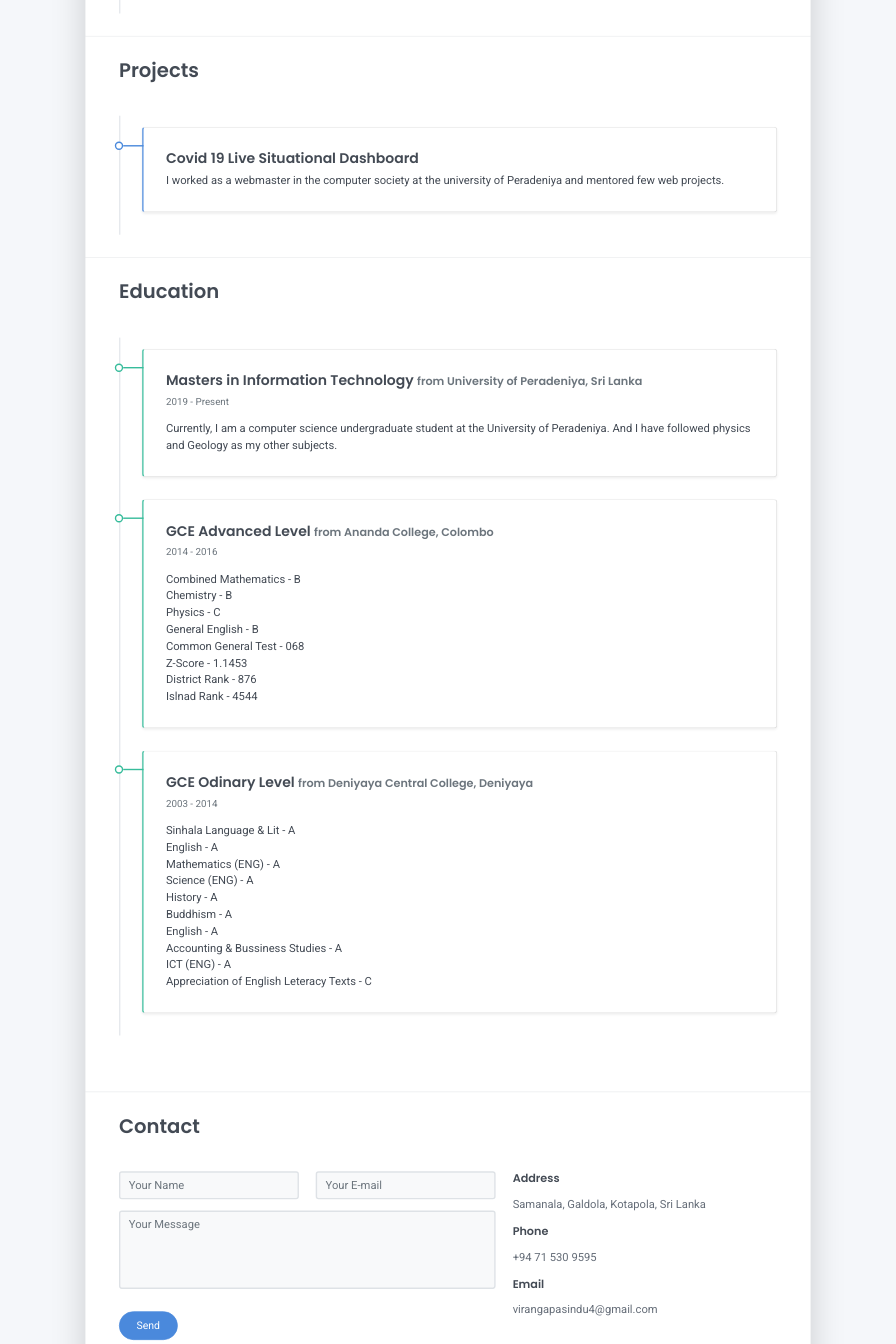
Repository: virangaj/resume
Page: index.html
The author's editor kept a copy of each file at every save. The page is drawn from the files as they stood at one save, then again after the next save.
The browser window is 1280 px wide. The pictures show the part of the page from y = 1936 to 3856 px (the page is 4209 px tall before and 4257 px after), at 70% of full size.

Above is the page before, as saved 2021-08-31 19:57:25.

### index.html
<!DOCTYPE html>
<html lang="en-US">
	<head>
		<meta charset="UTF-8" />
		<meta http-equiv="X-UA-Compatible" content="IE=edge" />
		<meta name="viewport" content="width=device-width, initial-scale=1" />
		<title>Virang Jayawardana</title>
		<link
			rel="preconnect"
			href="https://fonts.gstatic.com"
			crossorigin="crossorigin"
		/>
		<link
			rel="preload"
			as="style"
			href="https://fonts.googleapis.com/css2?family=Poppins:wght@600&amp;family=Roboto:wght@300;400;500;700&amp;display=swap"
		/>
		<link
			rel="stylesheet"
			href="https://fonts.googleapis.com/css2?family=Poppins:wght@600&amp;family=Roboto:wght@300;400;500;700&amp;display=swap"
			media="print"
			onload="this.media='all'"
		/>
		<noscript>
			<link
				rel="stylesheet"
				href="https://fonts.googleapis.com/css2?family=Poppins:wght@600&amp;family=Roboto:wght@300;400;500;700&amp;display=swap"
			/>
		</noscript>
		<link href="css/font-awesome/css/all.min.css?ver=1.2.0" rel="stylesheet" />
		<link href="css/bootstrap.min.css?ver=1.2.0" rel="stylesheet" />
		<link href="css/aos.css?ver=1.2.0" rel="stylesheet" />
		<link href="css/main.css?ver=1.2.0" rel="stylesheet" />
		<noscript>
			<style type="text/css">
				[data-aos] {
					opacity: 1 !important;
					transform: translate(0) scale(1) !important;
				}
			</style>
		</noscript>
	</head>
	<body id="top">
		<header class="d-print-none">
			<div class="container text-center text-lg-left">
				<div class="py-3 clearfix">
					<h1 class="site-title mb-0">Virang Jayawardana</h1>
					<div class="site-nav">
						<nav role="navigation">
							<ul class="nav justify-content-center">
								<li class="nav-item">
									<a
										class="nav-link"
										href="https://twitter.com/VirangaPasi"
										title="Twitter"
										><i class="fab fa-twitter"></i
										><span class="menu-title sr-only">Twitter</span></a
									>
								</li>
								<li class="nav-item">
									<a
										class="nav-link"
										href="https://www.facebook.com/virangapasindu.jayawardana/"
										title="Facebook"
										><i class="fab fa-facebook"></i
										><span class="menu-title sr-only">Facebook</span></a
									>
								</li>
								<li class="nav-item">
									<a
										class="nav-link"
										href="https://www.instagram.com/pasiya_k9/"
										title="Instagram"
										><i class="fab fa-instagram"></i
										><span class="menu-title sr-only">Instagram</span></a
									>
								</li>
								<li class="nav-item">
									<a
										class="nav-link"
										href="https://github.com/Viranga-pasi"
										title="Github"
										><i class="fab fa-github"></i
										><span class="menu-title sr-only">Github</span></a
									>
								</li>
							</ul>
						</nav>
					</div>
				</div>
			</div>
		</header>
		<div class="page-content">
			<div class="container">
				<div class="cover shadow-lg bg-white">
					<div class="cover-bg p-3 p-lg-4 text-white">
						<div class="row">
							<div class="col-lg-4 col-md-5">
								<div class="avatar hover-effect bg-white shadow-sm p-1">
									<img src="images/avatar.jpg" width="200" height="200" />
								</div>
							</div>
							<div class="col-lg-8 col-md-7 text-center text-md-start">
								<h2 class="h1 mt-2" data-aos="fade-left" data-aos-delay="0">
									Joyce Harrison
								</h2>
								<p data-aos="fade-left" data-aos-delay="100">
									Undergraduate | Web Developer
								</p>
								<div
									class="d-print-none"
									data-aos="fade-left"
									data-aos-delay="200"
								>
									<a
										class="btn btn-light text-dark shadow-sm mt-1 me-1"
										href="right-resume.pdf"
										target="_blank"
										>Download CV</a
									><a class="btn btn-success shadow-sm mt-1" href="#contact"
										>Hire Me</a
									>
								</div>
							</div>
						</div>
					</div>
					<div class="about-section pt-4 px-3 px-lg-4 mt-1">
						<div class="row">
							<div class="col-md-6">
								<h2 class="h3 mb-3">About Me</h2>
								<p>
									Hello! I’m Viranga Jayawardana. I am passionate about new
									technologies and Web Design. I am a skilled Front-end
									Developer and amazing video editor.
								</p>
							</div>
							<div class="col-md-5 offset-md-1">
								<div class="row mt-2">
									<div class="col-sm-4">
										<div class="pb-1">Age</div>
									</div>
									<div class="col-sm-8">
										<div class="pb-1 text-secondary">24</div>
									</div>
									<div class="col-sm-4">
										<div class="pb-1">Email</div>
									</div>
									<div class="col-sm-8">
										<div class="pb-1 text-secondary">
											virangapasindu4@gmail.com
										</div>
									</div>
									<div class="col-sm-4">
										<div class="pb-1">Phone</div>
									</div>
									<div class="col-sm-8">
										<div class="pb-1 text-secondary">+94 71 530 9595</div>
									</div>
									<div class="col-sm-4">
										<div class="pb-1">Address</div>
									</div>
									<div class="col-sm-8">
										<div class="pb-1 text-secondary">
											Samanala, Galdola, Kotapola, Sri Lanka
										</div>
									</div>
								</div>
							</div>
						</div>
					</div>
					<hr class="d-print-none" />
					<div class="skills-section px-3 px-lg-4">
						<h2 class="h3 mb-3">Professional Skills</h2>
						<div class="row">
							<div class="col-md-6">
								<div class="mb-2">
									<span>HTML</span>
									<div class="progress my-1">
										<div
											class="progress-bar bg-primary"
											role="progressbar"
											data-aos="zoom-in-right"
											data-aos-delay="100"
											data-aos-anchor=".skills-section"
											style="width: 90%"
											aria-valuenow="90"
											aria-valuemin="0"
											aria-valuemax="100"
										></div>
									</div>
								</div>
								<div class="mb-2">
									<span>CSS</span>
									<div class="progress my-1">
										<div
											class="progress-bar bg-primary"
											role="progressbar"
											data-aos="zoom-in-right"
											data-aos-delay="200"
											data-aos-anchor=".skills-section"
											style="width: 85%"
											aria-valuenow="85"
											aria-valuemin="0"
											aria-valuemax="100"
										></div>
									</div>
								</div>
								<div class="mb-2">
									<span>JavaScript</span>
									<div class="progress my-1">
										<div
											class="progress-bar bg-primary"
											role="progressbar"
											data-aos="zoom-in-right"
											data-aos-delay="300"
											data-aos-anchor=".skills-section"
											style="width: 80%"
											aria-valuenow="80"
											aria-valuemin="0"
											aria-valuemax="100"
										></div>
									</div>
								</div>
								<div class="mb-2">
									<span>ReactJs</span>
									<div class="progress my-1">
										<div
											class="progress-bar bg-primary"
											role="progressbar"
											data-aos="zoom-in-right"
											data-aos-delay="300"
											data-aos-anchor=".skills-section"
											style="width: 75%"
											aria-valuenow="75"
											aria-valuemin="0"
											aria-valuemax="100"
										></div>
									</div>
								</div>
								<div class="mb-2">
									<span>Java</span>
									<div class="progress my-1">
										<div
											class="progress-bar bg-primary"
											role="progressbar"
											data-aos="zoom-in-right"
											data-aos-delay="300"
											data-aos-anchor=".skills-section"
											style="width: 70%"
											aria-valuenow="70"
											aria-valuemin="0"
											aria-valuemax="100"
										></div>
									</div>
								</div>
								<div class="mb-2">
									<span>C language</span>
									<div class="progress my-1">
										<div
											class="progress-bar bg-primary"
											role="progressbar"
											data-aos="zoom-in-right"
											data-aos-delay="300"
											data-aos-anchor=".skills-section"
											style="width: 70%"
											aria-valuenow="70"
											aria-valuemin="0"
											aria-valuemax="100"
										></div>
									</div>
								</div>
								<div class="mb-2">
									<span>Wordpress</span>
									<div class="progress my-1">
										<div
											class="progress-bar bg-primary"
											role="progressbar"
											data-aos="zoom-in-right"
											data-aos-delay="300"
											data-aos-anchor=".skills-section"
											style="width: 85%"
											aria-valuenow="85"
											aria-valuemin="0"
											aria-valuemax="100"
										></div>
									</div>
								</div>
							</div>
							<div class="col-md-6">
								<div class="mb-2">
									<span>Adobe Photoshop</span>
									<div class="progress my-1">
										<div
											class="progress-bar bg-success"
											role="progressbar"
											data-aos="zoom-in-right"
											data-aos-delay="400"
											data-aos-anchor=".skills-section"
											style="width: 80%"
											aria-valuenow="90"
											aria-valuemin="0"
											aria-valuemax="100"
										></div>
									</div>
								</div>
								<div class="mb-2">
									<span>Abode Premiere Pro</span>
									<div class="progress my-1">
										<div
											class="progress-bar bg-success"
											role="progressbar"
											data-aos="zoom-in-right"
											data-aos-delay="500"
											data-aos-anchor=".skills-section"
											style="width: 85%"
											aria-valuenow="85"
											aria-valuemin="0"
											aria-valuemax="100"
										></div>
									</div>
								</div>
								<div class="mb-2">
									<span>Adobe After Effect</span>
									<div class="progress my-1">
										<div
											class="progress-bar bg-success"
											role="progressbar"
											data-aos="zoom-in-right"
											data-aos-delay="600"
											data-aos-anchor=".skills-section"
											style="width: 75%"
											aria-valuenow="75"
											aria-valuemin="0"
											aria-valuemax="100"
										></div>
									</div>
								</div>
								<div class="mb-2">
									<span>Adobe XD</span>
									<div class="progress my-1">
										<div
											class="progress-bar bg-success"
											role="progressbar"
											data-aos="zoom-in-right"
											data-aos-delay="600"
											data-aos-anchor=".skills-section"
											style="width: 75%"
											aria-valuenow="75"
											aria-valuemin="0"
											aria-valuemax="100"
										></div>
									</div>
								</div>
								<div class="mb-2">
									<span>Microsoft Office</span>
									<div class="progress my-1">
										<div
											class="progress-bar bg-success"
											role="progressbar"
											data-aos="zoom-in-right"
											data-aos-delay="600"
											data-aos-anchor=".skills-section"
											style="width: 85%"
											aria-valuenow="85"
											aria-valuemin="0"
											aria-valuemax="100"
										></div>
									</div>
								</div>
							</div>
						</div>
					</div>
					<hr class="d-print-none" />
					<div class="work-experience-section px-3 px-lg-4">
						<h2 class="h3 mb-4">Work Experience</h2>
						<div class="timeline">
							<div class="timeline-card timeline-card-primary card shadow-sm">
								<div class="card-body">
									<div class="h5 mb-1">
										Web Master
										<span class="text-muted h6">at Computer Society</span>
									</div>
									<div class="text-muted text-small mb-2">
										Dec, 2020 - Present
									</div>
									<div>
										I worked as a webmaster in the computer society at the
										university of Peradeniya and mentored few web projects.
									</div>
								</div>
							</div>
							<div class="timeline-card timeline-card-primary card shadow-sm">
								<div class="card-body">
									<div class="h5 mb-1">
										Founder
										<span class="text-muted h6">at ImageZero</span>
									</div>
									<div class="text-muted text-small mb-2">
										Feb, 2019 - Present
									</div>
									<div>
										I’m the owner and founder of ImgageZero, which I used to
										output my talents since few years back. Quite good and
										amazing video editor in the range of different areas. And
										have 2-3 years of experience of working with massive to
										local industries.
									</div>
								</div>
							</div>
							<div class="timeline-card timeline-card-primary card shadow-sm">
								<div class="card-body">
									<div class="h5 mb-1">
										Customer Care Executive
										<span class="text-muted h6">at Mobitel Pvt Ltd</span>
									</div>
									<div class="text-muted text-small mb-2">
										Feb, 2018 - Oct, 2017
									</div>
									<div>
										I worked as a customer care agent at one of the leading
										network service provider in Sri Lanka.
									</div>
								</div>
							</div>
						</div>
					</div>
					<hr class="d-print-none" />
					<div class="work-experience-section px-3 px-lg-4">
						<h2 class="h3 mb-4">Projects</h2>
						<div class="timeline">
							<div class="timeline-card timeline-card-primary card shadow-sm">
								<div class="card-body">
									<div class="h5 mb-1">Covid 19 Live Situational Dashboard</div>

									<div>
										I worked as a webmaster in the computer society at the
										university of Peradeniya and mentored few web projects.
									</div>
								</div>
							</div>
						</div>
					</div>
					<hr class="d-print-none" />
					<div class="page-break"></div>
					<div class="education-section px-3 px-lg-4 pb-4">
						<h2 class="h3 mb-4">Education</h2>
						<div class="timeline">
							<div class="timeline-card timeline-card-success card shadow-sm">
								<div class="card-body">
									<div class="h5 mb-1">
										Masters in Information Technology
										<span class="text-muted h6"
											>from University of Peradeniya, Sri Lanka</span
										>
									</div>
									<div class="text-muted text-small mb-2">2019 - Present</div>
									<div>
										Currently, I am a computer science undergraduate student at
										the University of Peradeniya. And I have followed physics
										and Geology as my other subjects.
									</div>
								</div>
							</div>
							<div class="timeline-card timeline-card-success card shadow-sm">
								<div class="card-body">
									<div class="h5 mb-1">
										GCE Advanced Level
										<span class="text-muted h6"
											>from Ananda College, Colombo</span
										>
									</div>
									<div class="text-muted text-small mb-2">2014 - 2016</div>
									<div>Combined Mathematics - B</div>
									<div>Chemistry - B</div>
									<div>Physics - C</div>
									<div>General English - B</div>
									<div>Common General Test - 068</div>
									<div>Z-Score - 1.1453</div>
									<div>District Rank - 876</div>
									<div>Islnad Rank - 4544</div>
								</div>
							</div>
							<div class="timeline-card timeline-card-success card shadow-sm">
								<div class="card-body">
									<div class="h5 mb-1">
										GCE Odinary Level
										<span class="text-muted h6"
											>from Deniyaya Central College, Deniyaya</span
										>
									</div>
									<div class="text-muted text-small mb-2">2003 - 2014</div>
									<div>Sinhala Language & Lit - A</div>
									<div>English - A</div>
									<div>Mathematics (ENG) - A</div>
									<div>Science (ENG) - A</div>
									<div>History - A</div>
									<div>Buddhism - A</div>
									<div>English - A</div>
									<div>Accounting & Bussiness Studies - A</div>
									<div>ICT (ENG) - A</div>
									<div>Appreciation of English Leteracy Texts - C</div>
								</div>
							</div>
						</div>
					</div>
					<hr class="d-print-none" />
					<div class="contant-section px-3 px-lg-4 pb-4" id="contact">
						<h2 class="h3 text mb-3">Contact</h2>
						<div class="row">
							<div class="col-md-7 d-print-none">
								<div class="my-2">
									<form action="virangapasindu4@gmail.com" method="POST">
										<div class="row">
											<div class="col-6">
												<input
													class="form-control"
													type="text"
													id="name"
													name="name"
													placeholder="Your Name"
													required
												/>
											</div>
											<div class="col-6">
												<input
													class="form-control"
													type="email"
													id="email"
													name="_replyto"
													placeholder="Your E-mail"
													required
												/>
											</div>
										</div>
										<div class="form-group my-2">
											<textarea
												class="form-control"
												style="resize: none"
												id="message"
												name="message"
												rows="4"
												placeholder="Your Message"
												required
											></textarea>
										</div>
										<button class="btn btn-primary mt-2" type="submit">
											Send
										</button>
									</form>
								</div>
							</div>
							<div class="col">
								<div class="mt-2">
									<h3 class="h6">Address</h3>
									<div class="pb-2 text-secondary">
										Samanala, Galdola, Kotapola, Sri Lanka
									</div>
									<h3 class="h6">Phone</h3>
									<div class="pb-2 text-secondary">+94 71 530 9595</div>
									<h3 class="h6">Email</h3>
									<div class="pb-2 text-secondary">
										virangapasindu4@gmail.com
									</div>
								</div>
							</div>
						</div>
					</div>
				</div>
			</div>
		</div>
		<footer class="pt-4 pb-4 text-muted text-center d-print-none">
			<div class="container">
				<div class="my-3">
					<div class="h4">Viranga Jayawardana</div>
					<div class="footer-nav">
						<nav role="navigation">
							<ul class="nav justify-content-center">
								<li class="nav-item">
									<a
										class="nav-link"
										href="https://twitter.com/VirangaPasi"
										title="Twitter"
										><i class="fab fa-twitter"></i
										><span class="menu-title sr-only">Twitter</span></a
									>
								</li>
								<li class="nav-item">
									<a
										class="nav-link"
										href="https://www.facebook.com/virangapasindu.jayawardana/"
										title="Facebook"
										><i class="fab fa-facebook"></i
										><span class="menu-title sr-only">Facebook</span></a
									>
								</li>
								<li class="nav-item">
									<a
										class="nav-link"
										href="https://www.instagram.com/pasiya_k9/"
										title="Instagram"
										><i class="fab fa-instagram"></i
										><span class="menu-title sr-only">Instagram</span></a
									>
								</li>
								<li class="nav-item">
									<a
										class="nav-link"
										href="https://github.com/Viranga-pasi"
										title="Github"
										><i class="fab fa-github"></i
										><span class="menu-title sr-only">Github</span></a
									>
								</li>
							</ul>
						</nav>
					</div>
				</div>
				<div class="text-small">
					<div class="mb-1">
						&copy; Viranga Jayawardana. All rights reserved.
					</div>
					<div>
						Design -
						<a href="https://imagezero.net/" target="_blank">ImageZero</a>
					</div>
				</div>
			</div>
		</footer>
		<script src="scripts/bootstrap.bundle.min.js?ver=1.2.0"></script>
		<script src="scripts/aos.js?ver=1.2.0"></script>
		<script src="scripts/main.js?ver=1.2.0"></script>
	</body>
</html>

### css/main.css
/* Buttons */
/* Inputs */
/* Timeline custom component */
.timeline {
	border-left: 2px solid #e6e9ed;
	padding: 1rem 0;
}

.timeline-card {
	position: relative;
	margin-left: 31px;
	border-left: 2px solid;
	margin-bottom: 2rem;
}

.timeline-card:last-child {
	margin-bottom: 1rem;
}

.timeline-card:before {
	content: '';
	display: inline-block;
	position: absolute;
	background-color: #fff;
	border-radius: 10px;
	width: 12px;
	height: 12px;
	top: 20px;
	left: -41px;
	border: 2px solid;
	z-index: 2;
}

.timeline-card:after {
	content: '';
	display: inline-block;
	position: absolute;
	background-color: currentColor;
	width: 29px;
	height: 2px;
	top: 25px;
	left: -29px;
	z-index: 1;
}

.timeline-card-primary {
	border-left-color: #4a89dc;
}

.timeline-card-primary:before {
	border-color: #4a89dc;
}

.timeline-card-primary:after {
	background-color: #4a89dc;
}

.timeline-card-success {
	border-left-color: #37bc9b;
}

.timeline-card-success:before {
	border-color: #37bc9b;
}

.timeline-card-success:after {
	background-color: #37bc9b;
}

html {
	scroll-behavior: smooth;
}

.site-title {
	font-size: 1.25rem;
	line-height: 2.5rem;
}

.nav-link {
	padding: 0;
	font-size: 1.25rem;
	line-height: 2.5rem;
	color: rgba(0, 0, 0, 0.5);
}

.nav-link:hover,
.nav-link:focus,
.active .nav-link {
	color: rgba(0, 0, 0, 0.8);
}

.nav-item + .nav-item {
	margin-left: 1rem;
}

.cover {
	border-radius: 10px;
}

.cover-bg {
	background-color: #4a89dc;
	background-image: url("data:[embedded picture, 1696 characters]");
	border-radius: 10px 10px 0 0;
}

.avatar {
	max-width: 216px;
	max-height: 216px;
	margin-top: 20px;
	text-align: center;
	margin-left: auto;
	margin-right: auto;
}

.avatar img {
	/* Safari 6.0 - 9.0 */
	/* filter: grayscale(100%); */
}

footer a:not(.nav-link) {
	color: inherit;
	border-bottom: 1px dashed;
	text-decoration: none;
	cursor: pointer;
}

@media (min-width: 48em) {
	.site-title {
		float: left;
	}
	.site-nav {
		float: right;
	}
	.avatar {
		margin-bottom: -80px;
		margin-left: 0;
	}
}

@media print {
	body {
		background-color: #fff;
	}
	.container {
		width: auto;
		max-width: 100%;
		padding: 0;
	}
	.cover,
	.cover-bg {
		border-radius: 0;
	}
	.cover.shadow-lg {
		box-shadow: none !important;
	}
	.cover-bg {
		padding: 5rem !important;
		padding-bottom: 10px !important;
	}
	.avatar {
		margin-top: -10px;
	}
	.about-section {
		padding: 6.5rem 5rem 2rem !important;
	}
	.skills-section,
	.work-experience-section,
	.education-section,
	.contant-section {
		padding: 1.5rem 5rem 2rem !important;
	}
	.page-break {
		padding-top: 5rem;
		page-break-before: always;
	}
}

Loaded but not shown: css/font-awesome/css/all.min.css (library); css/bootstrap.min.css (library); css/aos.css (library); scripts/bootstrap.bundle.min.js (library); scripts/aos.js (library); scripts/main.js (common file)

After the next save:
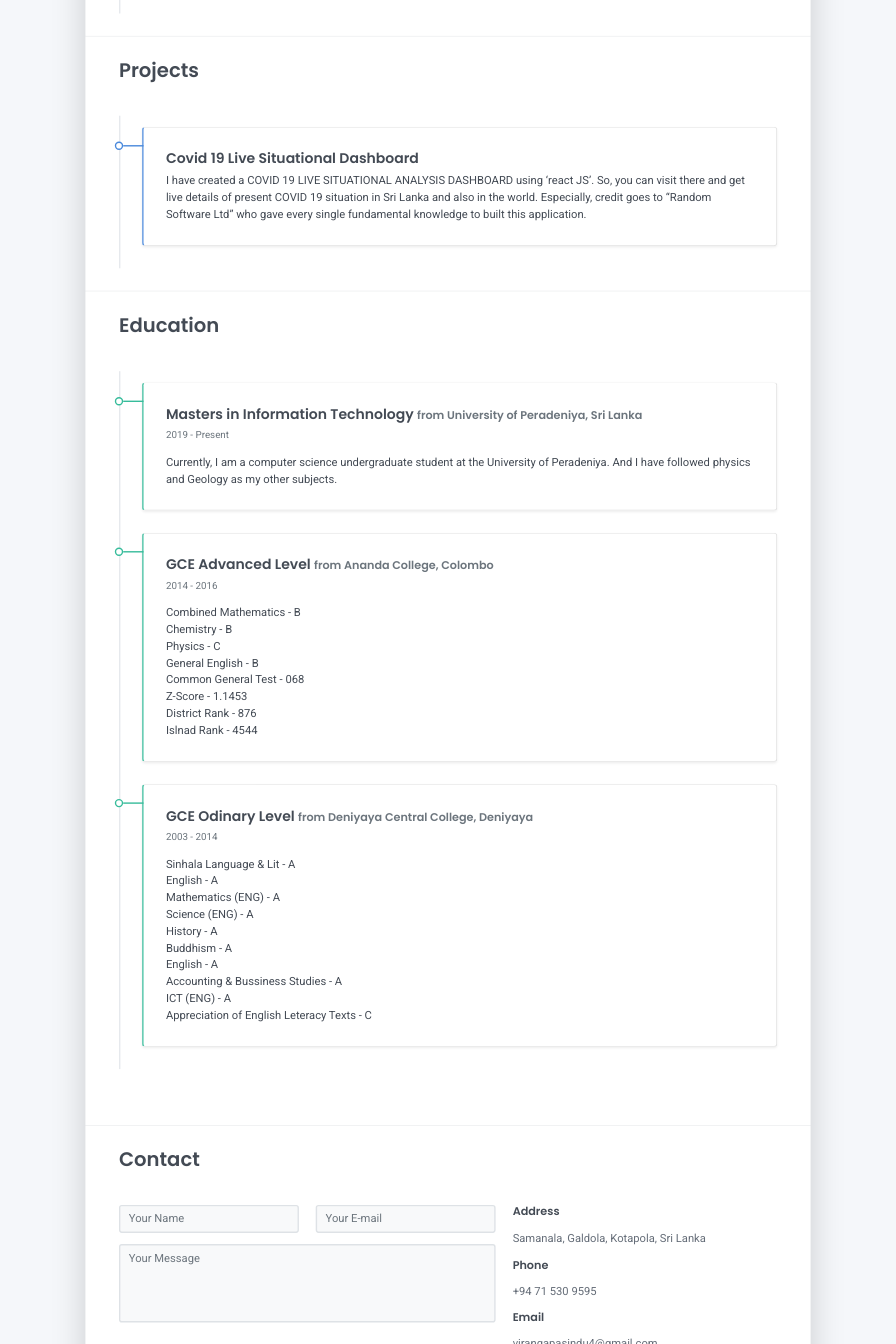
Saved 43 s later.
--- a/index.html
+++ b/index.html
@@ -433,8 +433,12 @@
 									<div class="h5 mb-1">Covid 19 Live Situational Dashboard</div>
 
 									<div>
-										I worked as a webmaster in the computer society at the
-										university of Peradeniya and mentored few web projects.
+										I have created a COVID 19 LIVE SITUATIONAL ANALYSIS
+										DASHBOARD using ‘react JS’. So, you can visit there and get
+										live details of present COVID 19 situation in Sri Lanka and
+										also in the world. Especially, credit goes to “Random
+										Software Ltd” who gave every single fundamental knowledge to
+										built this application.
 									</div>
 								</div>
 							</div>
